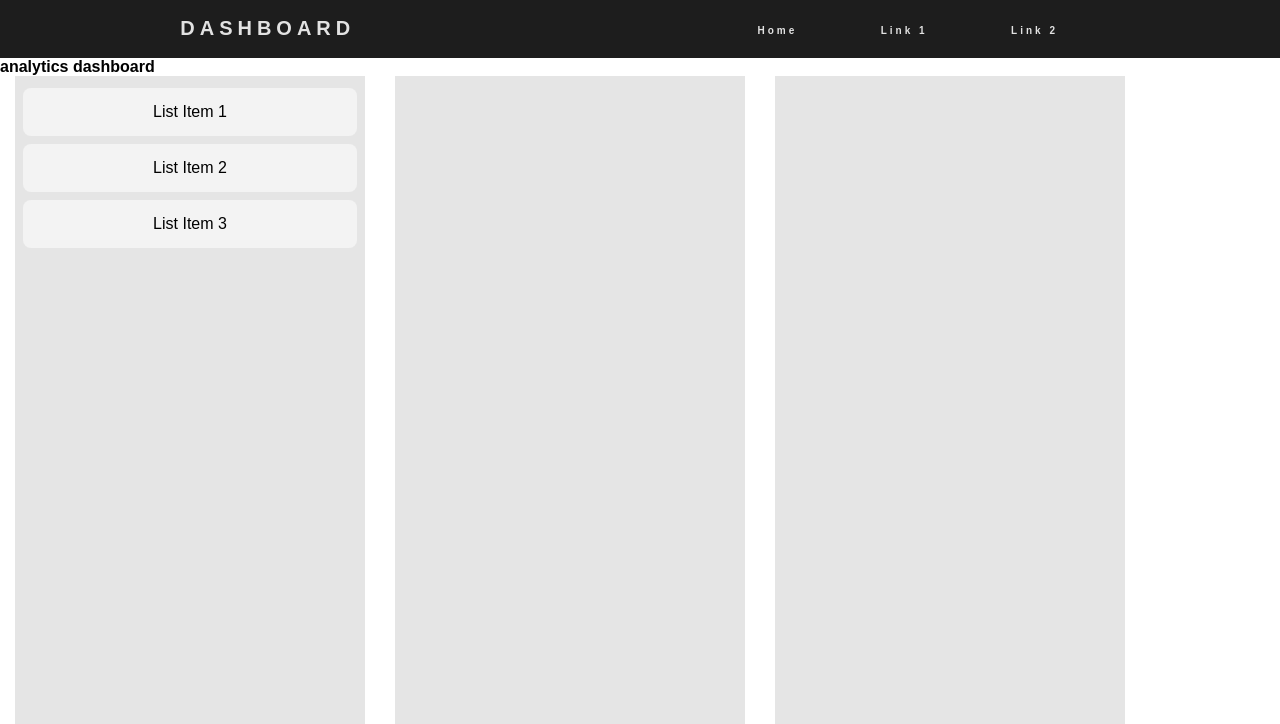
Repository: nourabdelhakam/drag-drop
Page: index.html
These files come from the project's save history. The page is drawn as it stood at one moment and after the next save; the edit follows.
The browser window is 1280 px wide. The pictures show the whole page.

Above is the page before, as saved 2020-07-03 07:56:53.

After the next save:
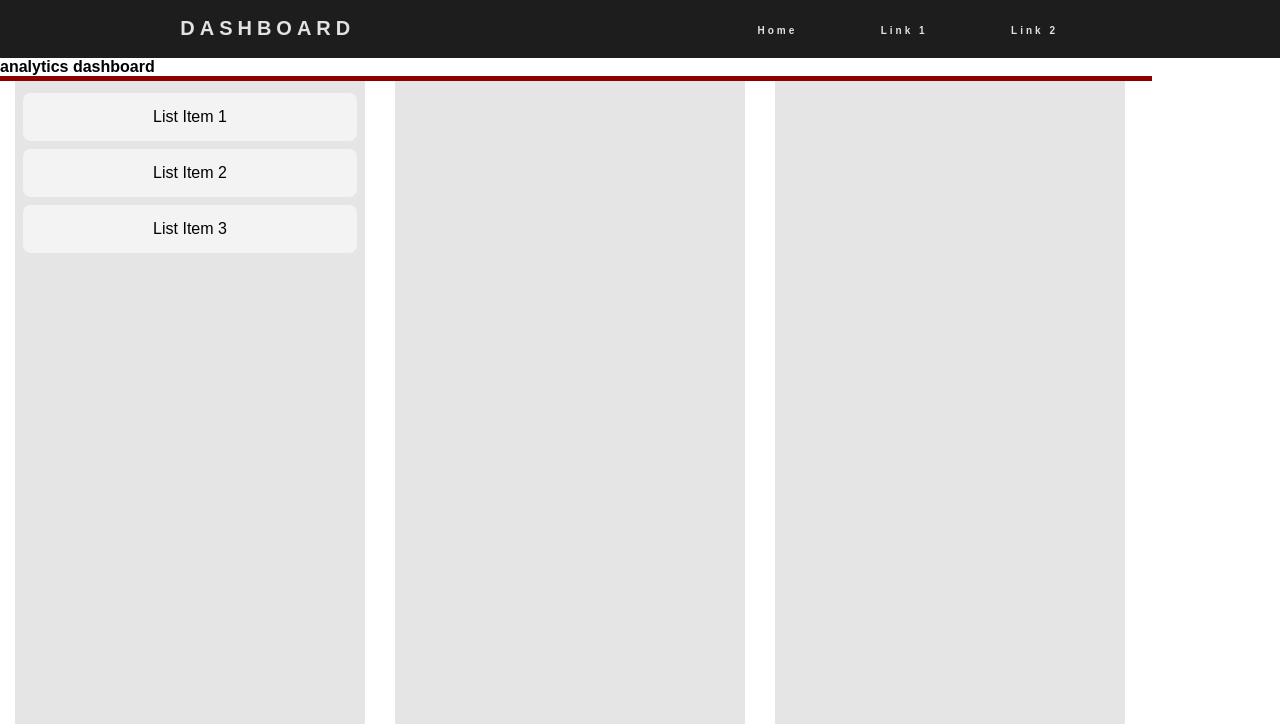
Saved 21 s later.
--- a/css/main.css
+++ b/css/main.css
@@ -11,7 +11,7 @@ body {
     flex-flow: column;
     width: 90vw;
     height: 90vh;
-    border-top: darkred;
+    border-top: darkred solid 5px;
 }
 .lists {
     display: flex;
